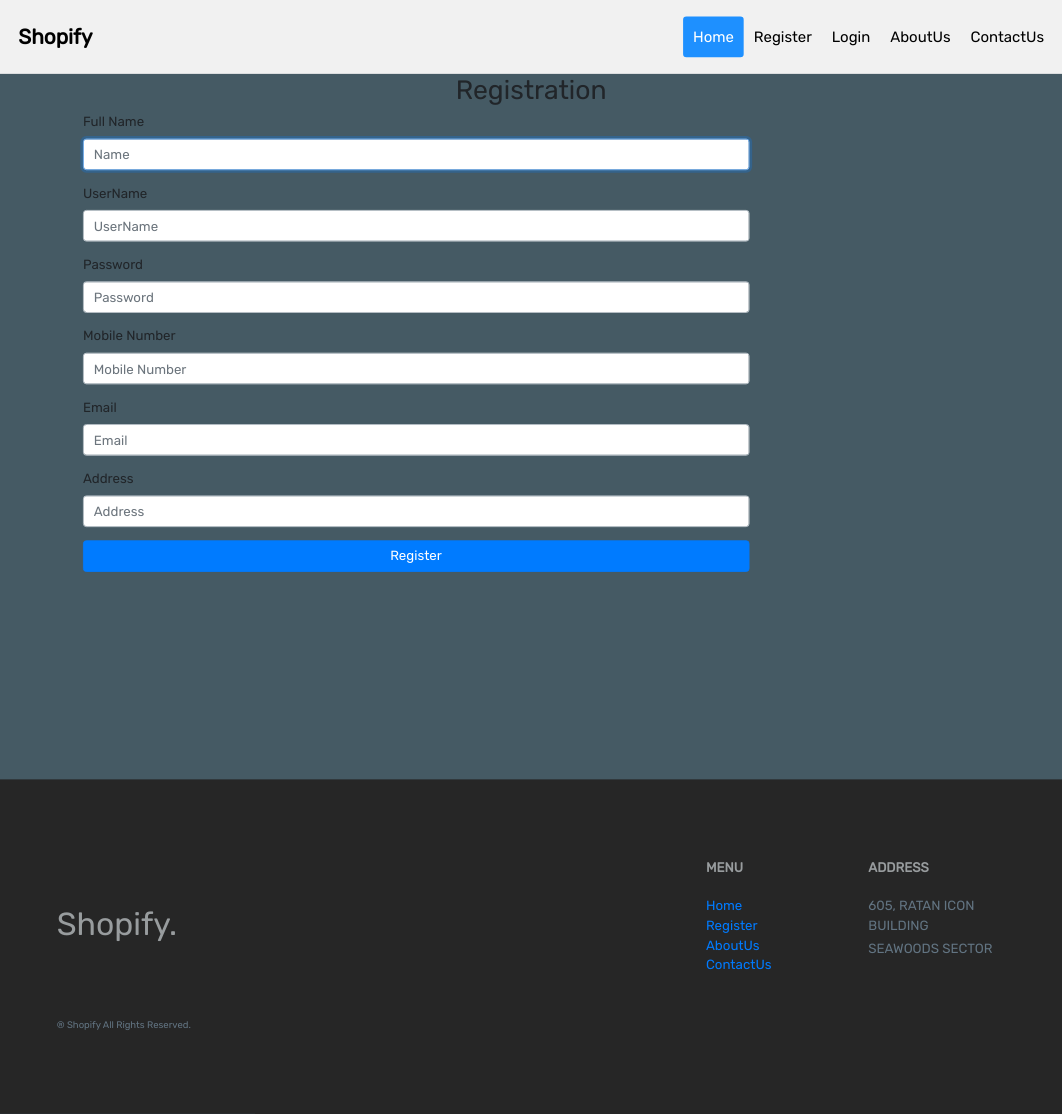
Repository: Yasmeen198/The_Project
Page: http://localhost/Shopify_Frontend/WEB-INF/views/Register.jsp
These files come from the project's save history. The page is drawn as it stood at one moment and after the next save; the edit follows.
The browser window is 1280 px wide. The pictures show the whole page, at 83% of full size.
Some web libraries are served in a nearby version. The page is served by Tomcat 9. Nobody is signed in. The template is opened directly, without the code that normally fills it, so the values that code supplies are empty.

Above is the page before, as saved 2021-05-23 12:02:30.

After the next save:
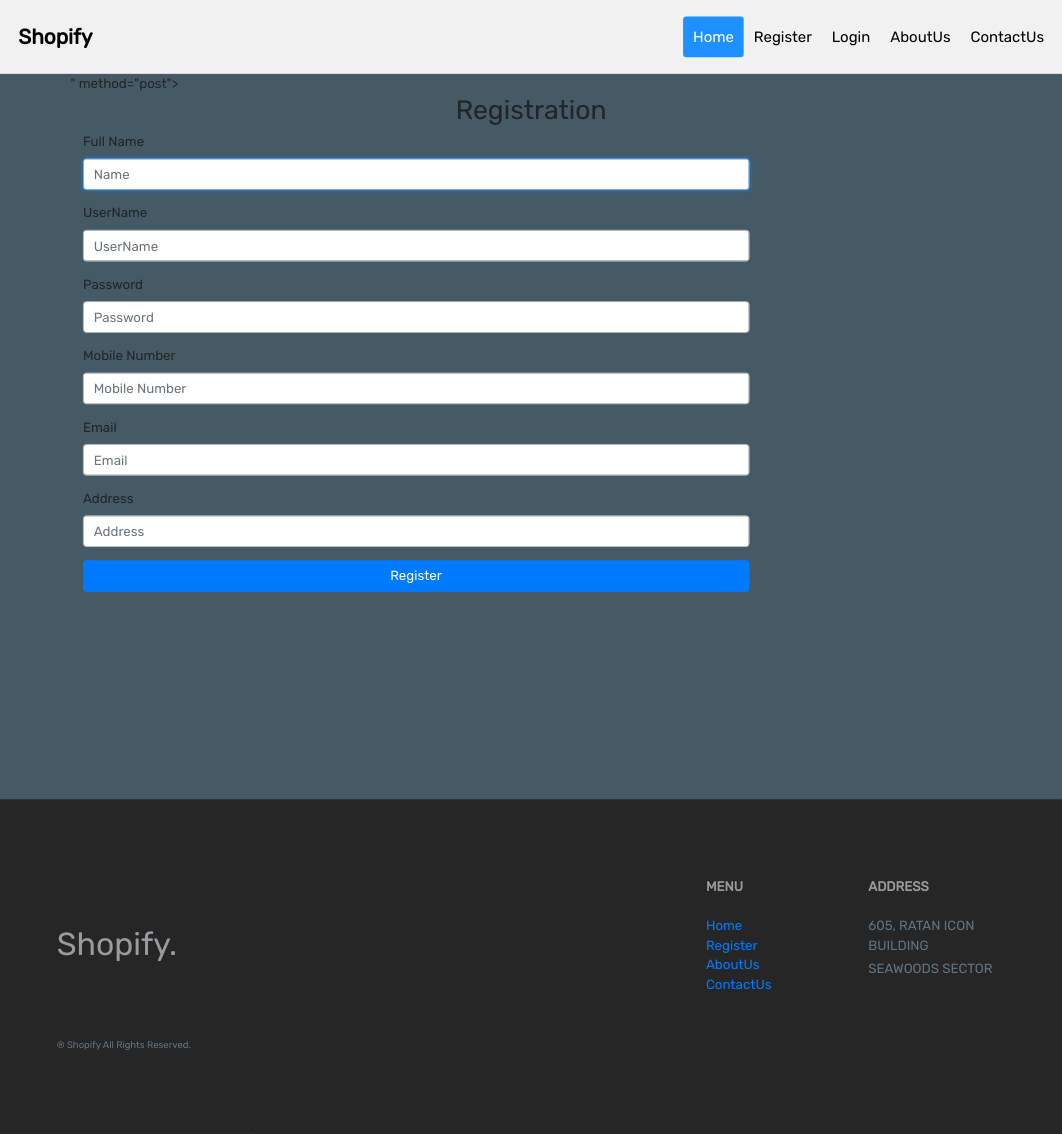
Saved 6 min 47 s later.
--- a/Shopify_Frontend/src/main/webapp/WEB-INF/views/Register.jsp
+++ b/Shopify_Frontend/src/main/webapp/WEB-INF/views/Register.jsp
@@ -3,7 +3,7 @@
 <html>
 <body>
 <div class="container">
-            <form class="form-horizontal" role="form" action="<c:url value='registerUser'/>" method="post">
+            <form class="form-horizontal" role="form" action="<c:url value="/registerUser"/>" method="post">
                 <h2 align="center">Registration</h2>
                 <div class="form-group">
                     <label for="customerName" class="col-sm-3 control-label">Full Name</label>
